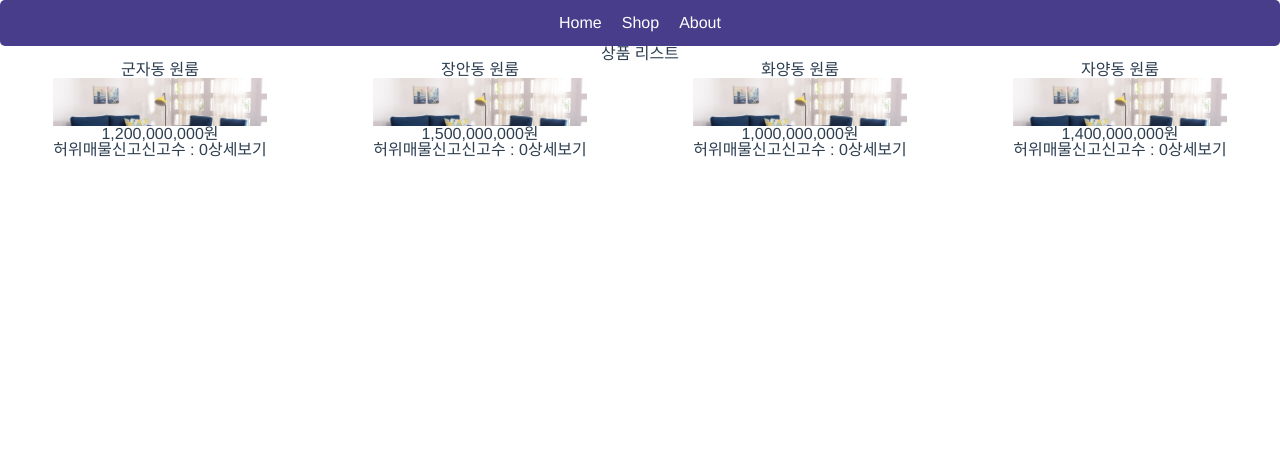
Repository: jy0813/Function
Page: / (app in function/)
An editor plug-in stored every save of this project. The page is shown before and after the next save, followed by the edit.
The browser window is 1280 px wide. The pictures show the whole page.
The project was rebuilt for these pictures with package versions that can differ from the ones it lists, and the page was loaded fresh each time.

Above is the page before, as saved 2022-02-28 10:00:28.

### function/src/App.vue
<template>
  <div id="container">
    <div class="menu">
      <a v-for="(item, i) in menu" :key="'item' + i">{{item}}</a>
    </div>
    <main id="contents" class="home_page">
      <section class="home_product_sec">
        <div class="room_wrap">
          <h2 class="list_ttl">상품 리스트</h2>
          <div class="room_list">
            <div class="room" v-for="(item, index) in rooms" :key="index">
              <h4>{{item.address}}</h4>
              <a :href="item.link" class="thumb_area">
                <figure class="thumb" :style="`background-image: url('${item.img}')`"></figure>
              </a>
              <p>{{numSet(item.price)}}원</p>
              <button @click="reportBtn(index)">허위매물신고</button>
              <span>신고수 : {{item.report}}</span>
              <button @click="[modalOpen(),listNum = index]">상세보기</button>
            </div>
          </div>
        </div>
      </section>
    </main>
  </div>
  <div class="modal_wrap" :class="{is_show : isShow}">
    <div class="modal">
      <button class="close" @click="isShow = false"></button>
      <div class="modal_head">
        <p class="ttl">{{rooms[listNum].address}}</p>
      </div>
      <div class="modal_body">
        <p class="txt">{{numSet(rooms[listNum].price)}}</p>
      </div>
      <div class="modal_foot">
        <div class="btn_area">
        </div>
      </div>
    </div>
  </div>
  <Discount/>
</template>

<script>

  import products from './assets/static/products';
  import Discount from './components/discountBanner.vue';

  export default {
    name: 'App',
    data() {
      return {
        listNum:0,
        menu: ['Home', 'Shop', 'About'],
        rooms:  products,
        isShow:false,
      }
    },
    methods: {
      numSet(val) {
        if (!val) return (val = '');
        return val.toString().replace(/\B(?=(\d{3})+(?!\d))/g, ',');
      },
      reportBtn(index) {
        this.rooms[index].report += 1;
      },
      modalOpen() {
        this.isShow = !this.isShow;
      }
    }
  }
</script>

<style>
  @import './assets/css/base.css';


  #app {
    font-family: Avenir, Helvetica, Arial, sans-serif;
    -webkit-font-smoothing: antialiased;
    -moz-osx-font-smoothing: grayscale;
    text-align: center;
    color: #2c3e50;
  }

  #container {
    background: #fff;
    clear: both;
  }

  #contents {
    padding-bottom: 100px;
    min-height: calc(100vh - 502px);
  }

  .menu {
    background: darkslateblue;
    padding: 15px;
    border-radius: 5px;
  }

  .menu a {
    color: white;
    padding: 10px;
  }

  .room_list {
    display: flex;
    justify-content: space-around;
  }

  /* Default */
  .thumb_area {
    display: block;
    position: relative;
    width: 100%;
    height: 100%;
  }

  .thumb_area img {
    max-width: 100%;
    height: auto;
  }

  .thumb {
    position: absolute;
    display: block;
    width: 100%;
    height: 100%;
    background-size: cover;
    margin: 0;
  }
</style>

### function/src/assets/css/base.css
@charset "UTF-8";
/*-------------------------------------------------------------------
	파일정의 : Settings
	작성날짜 : 2019-10-22 장병주
	참고사항 : 이 파일은 설정값만 정의한다.
	분류순서 : 기본정책 > 유틸리티 > 사용자정의(컬러, 폰트, 보더, 간격 등)
	속성순서 : 표시 > 위치 > 넘침/흐름 > 크기/간격 > 박스모양 > 폰트/정렬 > 기타
-------------------------------------------------------------------*/
/*-------------------------------------------------------------------
	Variables
-------------------------------------------------------------------*/
/* 여백,간격 */
/* 컬러 */
/* 명암 */
/* 그라데이션 */
/* 유틸리티 */
/*-------------------------------------------------------------------
	파일정의 : 초기화 스타일
	작성날짜 : 2019-10-22 장병주
	분류순서 : Base > Fonts
	속성순서 : 표시 > 위치 > 넘침/흐름 > 크기/간격 > 박스모양 > 폰트/정렬 > 기타
-------------------------------------------------------------------*/

@import url(_grid.css);
@import url(ui.css);
@import url(layout.css);

/*-------------------------------------------------------------------
    ## Reset
-------------------------------------------------------------------*/

html,
body,
div,
ul,
ol,
dl,
li,
dt,
dd,
p,
h1,
h2,
h3,
h4,
h5,
h6,
table,
th,
td,
caption,
address,
article,
aside,
canvas,
details,
figure,
figcaption,
footer,
header,
menu,
nav,
section,
button,
select,
textarea,
input,
fieldset,
legend,
a,
span,
strong,
em,
address,
dfn,
small,
i,
b,
pre,
form {
  margin: 0;
  padding: 0;
  border: 0;
  list-style: none;
  color: inherit;
  font-style: normal;
  font-size: 100%;
  font-weight: inherit;
  font-family: inherit;
  line-height: inherit;
  word-break: inherit;
  word-wrap: inherit;
  box-sizing: inherit;
  -webkit-box-sizing: inherit;
  -moz-box-sizing: inherit;
  -o-box-sizing: inherit;
  -webkit-tap-highlight-color: rgba(0, 0, 0, 0);
  -webkit-tap-highlight-color: transparent;
}

:before,
:after {
  box-sizing: inherit;
  -webkit-box-sizing: inherit;
  -moz-box-sizing: inherit;
  -o-box-sizing: inherit;
}

article,
aside,
canvas,
details,
figure,
figcaption,
footer,
header,
menu,
nav,
section {
  display: block;
}

html {
  font-size: 16px;
  color: #a5a5b2;
/*  letter-spacing: -.05em;*/
    width: 100%;
    overflow-x: hidden;
  -webkit-overflow-scrolling: touch;
}
body {
  width: 100%;
  min-height: 100%;
  font-family: 'Noto Sans KR', 'Montserrat', 'Malgun Gothic', '맑은고딕', 'Arial', sans-serif;
  line-height: 1;
  word-wrap: word-break;
  box-sizing: border-box;
  -webkit-text-size-adjust: none;
  -moz-text-size-adjust: none;
  -ms-text-size-adjust: none;
}

[hidden],
hr {
  display: none;
}

img {
  vertical-align: middle;
  max-width: 100%;
}

button {
  background-color: transparent;
  cursor: pointer;
}

b,
strong {
  font-weight: normal;
}

fieldset,
iframe {
  width: 100%;
}

img,
a,
frame,
iframe,
fieldset {
  border: 0;
}

a {
  text-decoration: none;
}

table {
  width: 100%;
  border-spacing: 0;
  border-collapse: collapse;
}

caption {
  display: block;
  position: absolute;
  left: -9999px;
}

legend {
  position: absolute;
  left: -9999em;
  top: -9999em;
}

button {
  overflow: hidden;
  background-color: transparent;
  cursor: pointer;
}

button::-moz-focus-inner {
  border: 0px;
  padding: 0px;
}

.dv_android [tabindex='0']:focus,
.dv_android a:focus,
.dv_android button:focus,
.dv_android input:focus,
.dv_android textarea:focus,
.dv_android select:focus {
  outline: 0;
  -webkit-tap-highlight-color: rgba(0, 0, 0, 0);
  -webkit-tap-highlight-color: transparent;
}

.dv_ios [tabindex='0'],
.dv_ios a,
.dv_ios button,
.dv_ios input,
.dv_ios textarea,
.dv_ios select {
  -webkit-tap-highlight-color: rgba(0, 0, 0, 0);
  -webkit-tap-highlight-color: transparent;
}

:focus {
  outline: 0;
}

a,
button,
p,
li,
span,
strong,
h1,
h2,
h3,
h4,
h5,
h6,
label,
em {
  -webkit-user-select: none;
  -user-select: none;
  -webkit-tap-highlight-color: rgba(0, 0, 0, 0);
}

/*-------------------------------------------------------------------
    ## General
-------------------------------------------------------------------*/
/* IR */
.is_hide {
  display: none !important;
}
.is_show {
  display: block !important;
}
.hide_wrap {
  position: relative;
}
.hide_area {
  position: absolute;
  top: 0;
  right: 0;
  bottom: 0;
  left: 0;
  z-index: 0;
}

/* Page Scroll */
.is_scrollFix {
  position: fixed;
  left: 0;
  top: 0;
  height: 100%;
  overflow: hidden;
}

/* Align - Text */
.vaT {
  vertical-align: top !important;
}
.vaM {
  vertical-align: middle !important;
}
.vaB {
  vertical-align: bottom !important;
}
.taL {
  text-align: left !important;
}
.taC {
  text-align: center !important;
}
.taR {
  text-align: right !important;
}
.taJ {
  text-align: justify;
  -moz-text-align-last: justify;
  -webkit-text-align-last: justify;
  text-align-last: justify;
}

/* Align - Layer */
.centered_t {
  position: absolute;
  left: 50%;
  top: 0;
  -webkit-transform: translateX(-50%);
  -ms-transform: translateX(-50%);
  transform: translateX(-50%);
}
.centered_r {
  position: absolute;
  right: 0;
  top: 50%;
  -webkit-transform: translateY(-50%);
  -ms-transform: translateY(-50%);
  transform: translateY(-50%);
}
.centered_b {
  position: absolute;
  left: 50%;
  bottom: 0;
  -webkit-transform: translateX(-50%);
  -ms-transform: translateX(-50%);
  transform: translateX(-50%);
}
.centered_l {
  position: absolute;
  left: 0;
  top: 50%;
  -webkit-transform: translateY(-50%);
  -ms-transform: translateY(-50%);
  transform: translateY(-50%);
}
.centered_c,
.btn_ico > .ico {
  position: absolute;
  left: 50%;
  top: 50%;
  -webkit-transform: translate(-50%, -50%);
  -ms-transform: translate(-50%, -50%);
  transform: translate(-50%, -50%);
}

.mob {display: none;}

/*-------------------------------------------------------------------
	## Form Controls
-------------------------------------------------------------------*/
/* Default */
input:-ms-input-placeholder,
textarea:-ms-input-placeholder {
  color: #b1b1b1;
}

/* IE 10 + */
input::-webkit-input-placeholder,
textarea::-webkit-input-placeholder {
  color: #b1b1b1;
}

/* Webkit Browser */
input:-moz-placeholder,
textarea:-moz-placeholder {
  color: #b1b1b1;
}

/* Mozilla Firefox 4 to 18 */
input::-moz-placeholder,
textarea::-moz-placeholder {
  color: #b1b1b1;
}

/* Mozilla Firefox 19+ */
input:focus:-ms-input-placeholder,
textarea:focus:-ms-input-placeholder {
  color: transparent;
}

/* IE 10 + */
input:focus::-webkit-input-placeholder,
textarea:focus::-webkit-input-placeholder {
  color: transparent;
}

/* Webkit Browser */
input:focus:-moz-placeholder,
textarea:focus:-moz-placeholder {
  color: transparent;
}

/* Mozilla Firefox 4 to 18 */
input:focus::-moz-placeholder,
textarea:focus::-moz-placeholder {
  color: transparent;
}

/* Mozilla Firefox 19+ */
input {
  box-sizing: border-box;
  -moz-box-sizing: border-box;
  -webkit-box-sizing: border-box;
  border: 0px;
  vertical-align: middle;
  color: #111;

  appearance: none;
  -webkit-appearance: none;
  -moz-appearance: none;
  -o-appearance: none;
}
input[type='radio'] {
  appearance: radio;
  -webkit-appearance: radio;
  -moz-appearance: radio;
  -o-appearance: radio;
}
input[type='checkbox'] {
  appearance: checkbox;
  -webkit-appearance: checkbox;
  -moz-appearance: checkbox;
  -o-appearance: checkbox;
}
textarea {
  width: 100%;
  vertical-align: middle;
  resize: none;
  color: #111;
  word-break: break-all !important;
  appearance: none;
  -webkit-appearance: none;
  -moz-appearance: none;
  -o-appearance: none;
}
select {
  appearance: none;
  -webkit-appearance: none;
  -moz-appearance: none;
  -o-appearance: none;
}
select::-ms-expand {
  display: none;
}

:root select {
  padding: 0px 30px 0px 5px;
}
.ie9 select {
  padding: 5px 35px 4px 5px;
  background: none;
}
.ie9 :root select {
  padding: 0;
  font-size: 0;
}

/*-------------------------------------------------------------------
	## Button
-------------------------------------------------------------------*/
/* Default */
.btn {
  display: inline-block;
  position: relative;
  vertical-align: middle;
  text-align: center;
  box-sizing: border-box;
}
.btn_ic {
  display: inline-block;
  position: relative;
  text-align: center;
  line-height: 1;
  box-sizing: border-box;
  padding: 0;
  z-index: 2;
}

/*-------------------------------------------------------------------
	## Icon, Arrow, Flag
-------------------------------------------------------------------*/
/* Default */
.ic,
.arw,
.flag {
  display: inline-block;
  vertical-align: middle;
  color: transparent;
  white-space: nowrap;
}

/*-------------------------------------------------------------------
	## Label, Hashtag, Badge
-------------------------------------------------------------------*/
/* Default */
.label {
  display: inline-block;
}

/*-------------------------------------------------------------------
	## Link
-------------------------------------------------------------------*/
/* Default */

/*-------------------------------------------------------------------
	## Thumbnail
-------------------------------------------------------------------*/
/* Default */
.thum {
  display: block;
  position: relative;
}
.thum_img {
  width: 100%;
}

/*-------------------------------------------------------------------
    ## Tabs
-------------------------------------------------------------------*/
/* Default */
.tab_content {
  display: none;
}
.tab_content.is_active {
  display: block;
}

/* Common */
.tab_tbl {
  display: table;
  table-layout: fixed;
  width: 100%;
}
.tab_tbl ul {
  display: table-row;
}
.tab_tbl ul:after {
  content: none !important;
}
.tab_tbl ul li {
  display: table-cell;
  float: none !important;
}

/*-------------------------------------------------------------------
	## Table
-------------------------------------------------------------------*/
/* Default */
.tbl_wrap {
  overflow: hidden;
}
.tbl {
  overflow: hidden;
}

.tbl table {
  width: 100%;
  table-layout: fixed;
  border-collapse: collapse;
  border: 0;
  border-spacing: 0;
}

/*-------------------------------------------------------------------
    ## Pagination
-------------------------------------------------------------------*/
/* Default */
.pagination_wrap {
  position: relative;
  text-align: center;
}
.pagination {
  display: inline-block;
  position: relative;
  z-index: 10;
  vertical-align: top;
}
.pagination:after {
  display: block;
  content: '';
  clear: both;
}
.pagination .btn_num_group,
.pagination .btn_num {
  display: inline-block;
  position: relative;
  z-index: 0;
}

/*-------------------------------------------------------------------
    ## Dimmer
-------------------------------------------------------------------*/
/* Default */
.dim {
  position: fixed;
  left: 0;
  top: 0;
  z-index: 1000;
  width: 0;
  height: 0;
  background-color: #000;
  opacity: 0;
  -webkit-transition: opacity 0.3s 0.3s ease;
  -o-transition: opacity 0.3s 0.3s ease;
  transition: opacity 0.3s 0.3s ease;
}
.dim.is_show {
  width: 100%;
  height: 100%;
  opacity: 0.7;
}

/*-------------------------------------------------------------------
    ## Space
-------------------------------------------------------------------*/
.topP10 {
  padding-top: 10px !important;
}
.topP20 {
  padding-top: 20px !important;
}
.topP30 {
  padding-top: 30px !important;
}
.topP50 {
  padding-top: 50px !important;
}
.leftP30 {
  padding-left: 30px !important;
}
.bottomP80 {
  padding-bottom: 80px !important;
}
.noP {
  padding: 0 !important;
}
.noTopP {
  padding-top: 0 !important;
}
.noRihgtP {
  padding-right: 0 !important;
}
.noBottomP {
  padding-bottom: 0 !important;
}
.noLeftP {
  padding-left: 0 !important;
}
.noSideP {
  padding-left: 0 !important;
  padding-right: 0 !important;
}

.topM10 {
  margin-top: 10px !important;
}
.topM20 {
  margin-top: 20px !important;
}
.topM30 {
  margin-top: 30px !important;
}
.topM50 {
  margin-top: 50px !important;
}

.noM {
  margin: 0 !important;
}
.noTopM {
  margin-top: 0 !important;
}
.noRihgtM {
  margin-right: 0 !important;
}
.noBottomM {
  margin-bottom: 0 !important;
}
.noLeftM {
  margin-left: 0 !important;
}

.bg_space {
  border-top: 1px solid #ebebeb;
  background: #f3f3f3;
  height: 10px;
  box-sizing: border-box;
}

.clear {clear: both;}
.clearFix::after {
  display: block;
  content: '';
  clear: both;
}

.flL {
  float: left !important;
}
.flR {
  float: right !important;
}
.flN {
  float: none !important;
}

@media screen and (max-width: 767px) {
    .mob {display: block;}
}

### function/src/assets/css/_grid.css
@charset "utf-8";
/*-------------------------------------------------------------------
	파일정의 : Grid Setting
	작성날짜 : 2019-10-22 장병주
	참고사항 : 컬럼 그리드에 대해 정의한다.
	분류순서 : 기본정책 > 유틸리티 > 사용자정의(컬러, 폰트, 보더, 간격 등)
	속성순서 : 표시 > 위치 > 넘침/흐름 > 크기/간격 > 박스모양 > 폰트/정렬 > 기타
-------------------------------------------------------------------*/

/* Grid */
.grid:after {
  display: block;
  content: '';
  clear: both;
}
.grid > .col {
  float: left;
  width: 100%;
  min-height: 1px;
  box-sizing: border-box;
}
.grid > .col.right {
  float: right;
}

/* 구터 넒이 */
.grid.grid_5 {
  margin-left: -5px;
  margin-right: -5px;
}
.grid.grid_5 > .col {
  padding: 0 5px;
}

.grid.grid_7 {
  margin-left: -7px;
  margin-right: -7px;
}
.grid.grid_7 > .col {
  padding: 0 7px;
}

.grid.grid_10 {
  margin-left: -10px;
  margin-right: -10px;
}
.grid.grid_10 > .col {
  padding: 0 10px;
}

.grid.grid_15 {
  margin-left: -15px;
  margin-right: -15px;
}
.grid.grid_15 > .col {
  padding: 0 15px;
}

.grid.grid_20 {
  margin-left: -20px;
  margin-right: -20px;
}
.grid.grid_20 > .col {
  padding: 0 20px;
}
.grid.grid_25 {
  margin-left: -25px;
  margin-right: -25px;
}
.grid.grid_25 > .col {
  padding: 0 25px;
}
.grid.grid_30 {
  margin-left: -30px;
  margin-right: -30px;
}
.grid.grid_30 > .col {
  padding: 0 30px;
}
.grid.grid_40 {
  margin-left: -40px;
  margin-right: -40px;
}
.grid.grid_40 > .col {
  padding: 0 40px;
}

/* 너비 - 자신 칸수 */
.grid > .col.col_1 {
  width: 8.33333333%;
}
.grid > .col.col_2 {
  width: 16.6666%;
}
.grid > .col.col_3 {
  width: 25%;
}
.grid > .col.col_4 {
  width: 33.3333%;
}
.grid > .col.col_5 {
  width: 41.66666667%;
}
.grid > .col.col_6 {
  width: 50%;
}
.grid > .col.col_7 {
  width: 58.33333333%;
}
.grid > .col.col_8 {
  width: 66.66666667%;
}
.grid > .col.col_9 {
  width: 75%;
}
.grid > .col.col_10 {
  width: 83.33333334%;
}
.grid > .col.col_11 {
  width: 91.66666667%;
}
.grid > .col.col_12 {
  width: 100%;
}
.grid > .col.col_x5 {
  width: 20%
}

/* 작은 데스크탑 모니터 & 태블릿 가로 모드 */
@media screen and (max-width: 1366px) {

    /* 구터 넒이 */
    .grid.grid_l_5 {margin-right: -5px;}
    .grid.grid_l_5 > .col {padding: 0 5px;}
    .grid.grid_l_7 {margin-left: -7px;margin-right: -7px;}
    .grid.grid_l_7 > .col {padding: 0 7px;}
    .grid.grid_l_10 {margin-left: -10px; margin-right: -10px;}
    .grid.grid_l_10 > .col {padding: 0 10px;}
    .grid.grid_l_15 {margin-left: -15px; margin-right: -15px;}
    .grid.grid_l_15 > .col {padding: 0 15px;}
    .grid.grid_l_20 {margin-left: -20px; margin-right: -20px;}
    .grid.grid_l_20 > .col {padding: 0 20px;}

    .grid > .col.col_l_1 {width: 8.33333333%;}
    .grid > .col.col_l_2 {width: 16.6666%;}
    .grid > .col.col_l_3 {width: 25%;}
    .grid > .col.col_l_4 {width: 33.3333%;}
    .grid > .col.col_l_5 {width: 41.66666667%;}
    .grid > .col.col_l_6 {width: 50%;}
    .grid > .col.col_l_7 {width: 58.33333333%;}
    .grid > .col.col_l_8 {width: 66.66666667%;}
    .grid > .col.col_l_9 {width: 75%;}
    .grid > .col.col_l_10 {width: 83.33333334%;}
    .grid > .col.col_l_11 {width: 91.66666667%;}
    .grid > .col.col_l_12 {width: 100%;}
    .grid > .col.col_l_x5 {width: 20%}
}
/* 태블릿 세로 모드 */
@media screen and (max-width: 1024px) {
    /* 구터 넒이 */
    .grid.grid_m_5 {margin-right: -5px;}
    .grid.grid_m_5 > .col {padding: 0 5px;}
    .grid.grid_m_7 {margin-left: -7px;margin-right: -7px;}
    .grid.grid_m_7 > .col {padding: 0 7px;}
    .grid.grid_m_10 {margin-left: -10px; margin-right: -10px;}
    .grid.grid_m_10 > .col {padding: 0 10px;}
    .grid.grid_m_15 {margin-left: -15px; margin-right: -15px;}
    .grid.grid_m_15 > .col {padding: 0 15px;}
    .grid.grid_m_20 {margin-left: -20px; margin-right: -20px;}
    .grid.grid_m_20 > .col {padding: 0 20px;}

    .grid > .col.col_m_1 {width: 8.33333333%;}
    .grid > .col.col_m_2 {width: 16.6666%;}
    .grid > .col.col_m_3 {width: 25%;}
    .grid > .col.col_m_4 {width: 33.3333%;}
    .grid > .col.col_m_5 {width: 41.66666667%;}
    .grid > .col.col_m_6 {width: 50%;}
    .grid > .col.col_m_7 {width: 58.33333333%;}
    .grid > .col.col_m_8 {width: 66.66666667%;}
    .grid > .col.col_m_9 {width: 75%;}
    .grid > .col.col_m_10 {width: 83.33333334%;}
    .grid > .col.col_m_11 {width: 91.66666667%;}
    .grid > .col.col_m_12 {width: 100%;}
    .grid > .col.col_m_x5 {width: 20%}
}

/* 태블릿 이하 */
@media screen and (max-width: 767px) {
    /* 구터 넒이 */
    .grid.grid_s_5 {margin-right: -5px;}
    .grid.grid_s_5 > .col {padding: 0 5px;}
    .grid.grid_s_7 {margin-left: -7px;margin-right: -7px;}
    .grid.grid_s_7 > .col {padding: 0 7px;}
    .grid.grid_s_10 {margin-left: -10px; margin-right: -10px;}
    .grid.grid_s_10 > .col {padding: 0 10px;}

    .grid > .col.col_s_1 {width: 8.33333333%;}
    .grid > .col.col_s_2 {width: 16.6666%;}
    .grid > .col.col_s_3 {width: 25%;}
    .grid > .col.col_s_4 {width: 33.3333%;}
    .grid > .col.col_s_5 {width: 41.66666667%;}
    .grid > .col.col_s_6 {width: 50%;}
    .grid > .col.col_s_7 {width: 58.33333333%;}
    .grid > .col.col_s_8 {width: 66.66666667%;}
    .grid > .col.col_s_9 { width: 75%;}
    .grid > .col.col_s_10 {width: 83.33333334%;}
    .grid > .col.col_s_11 {width: 91.66666667%;}
    .grid > .col.col_s_12 {width: 100%;}
    .grid > .col.col_s_x5 {width: 20%}
}
/* 모바일  */
@media screen and (max-width: 500px) {
    /* 구터 넒이 */
    .grid.grid_xs_5 {margin-right: -5px;}
    .grid.grid_xs_5 > .col {padding: 0 5px;}
    .grid.grid_xs_7 {margin-left: -7px;margin-right: -7px;}
    .grid.grid_xs_7 > .col {padding: 0 7px;}
    .grid.grid_xs_10 {margin-left: -10px; margin-right: -10px;}
    .grid.grid_xs_10 > .col {padding: 0 10px;}

    .grid > .col.col_xs_1 {width: 8.33333333%;}
    .grid > .col.col_xs_2 {width: 16.6666%;}
    .grid > .col.col_xs_3 {width: 25%;}
    .grid > .col.col_xs_4 {width: 33.3333%;}
    .grid > .col.col_xs_5 {width: 41.66666667%;}
    .grid > .col.col_xs_6 {width: 50%;}
    .grid > .col.col_xs_7 {width: 58.33333333%;}
    .grid > .col.col_xs_8 {width: 66.66666667%;}
    .grid > .col.col_xs_9 {width: 75%;}
    .grid > .col.col_xs_10 {width: 83.33333334%;}
    .grid > .col.col_xs_11 {width: 91.66666667%;}
    .grid > .col.col_xs_12 {width: 100%;}
    .grid > .col.col_xs_x5 {width: 20%}
}

### function/src/assets/css/ui.css
@charset "utf-8";

  .modal_wrap {
    display: none;
    position: fixed;
    left: 0;
    right: 0;
    top: 0;
    bottom: 0;
    width: 100%;
    height: 100%;
    background: rgba(0, 0, 0, .7);
    text-align: center;
}
.modal_wrap.is_show {
    display: block;
}
.modal {
    position: relative;
    display: inline-block;
    vertical-align: middle;
    max-width: 560px;
    background: #fff;
    margin: 40px auto;
    padding: 35px 48px;
    box-sizing: border-box;
}
.modal_wrap:after {
    display: inline-block;
    height: 100%;
    vertical-align: middle;
    content: '';
}
.modal .close {
    position: absolute;
    width: 20px;
    height: 20px;
    right: 15px;
    top: 15px;
    font-size: 0;
}
.modal .close:before, .modal .close:after{
    position: absolute;
    left: 0;
    right: 0;
    top: 50%;
    height: 1px;
    background: #000;
    content: '';
}
.modal .close:before{
    -webkit-transform: rotate(45deg);
    -moz-transform: rotate(45deg);
    -ms-transform: rotate(45deg);
    -o-transform: rotate(45deg);
    transform: rotate(45deg);
}
.modal .close:after{
    -webkit-transform: rotate(-45deg);
    -moz-transform: rotate(-45deg);
    -ms-transform: rotate(-45deg);
    -o-transform: rotate(-45deg);
    transform: rotate(-45deg);
}

### function/src/assets/css/layout.css
@charset "UTF-8";

.discount {
  background: #eee;
  padding: 20px;
  margin: 10px;
  border-radius: 5px;
}

### function/src/assets/static/products.js
export default  [{
  id :0,
  img: require('@/assets/images/room0.jpg'),
  link: '/',
  address: '군자동 원룸',
  price: '1200000000',
  report: 0,
},
{
  id :1,
  img: require('@/assets/images/room0.jpg'),
  link: '/',
  address: '장안동 원룸',
  price: '1500000000',
  report: 0,
},
{
  id :2,
  img: require('@/assets/images/room0.jpg'),
  link: '/',
  address: '화양동 원룸',
  price: '1000000000',
  report: 0,
},
{
  id :3,
  img: require('@/assets/images/room0.jpg'),
  link: '/',
  address: '자양동 원룸',
  price: '1400000000',
  report: 0,
}
];

### function/src/components/discountBanner.vue
<template>
  <div class="discount">
    <h4>할인 쿠폰입니당</h4>
  </div>
</template>

<script>
export default {
  name:'discountBanner',
  data() {
    return {

    }
  }
}
</script>

<style>

</style>

Loaded but not shown: function/public/index.html (common file); function/src/main.js (common file)

After the next save:
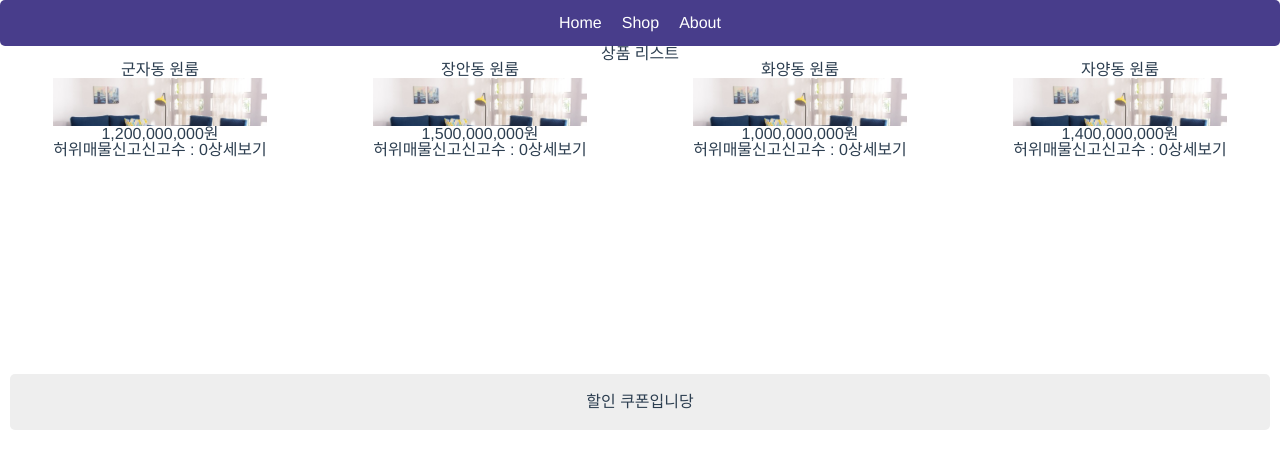
Saved 47 s later.
--- a/function/src/App.vue
+++ b/function/src/App.vue
@@ -48,6 +48,9 @@
 
   export default {
     name: 'App',
+    components: {
+      Discount,
+    },
     data() {
       return {
         listNum:0,
